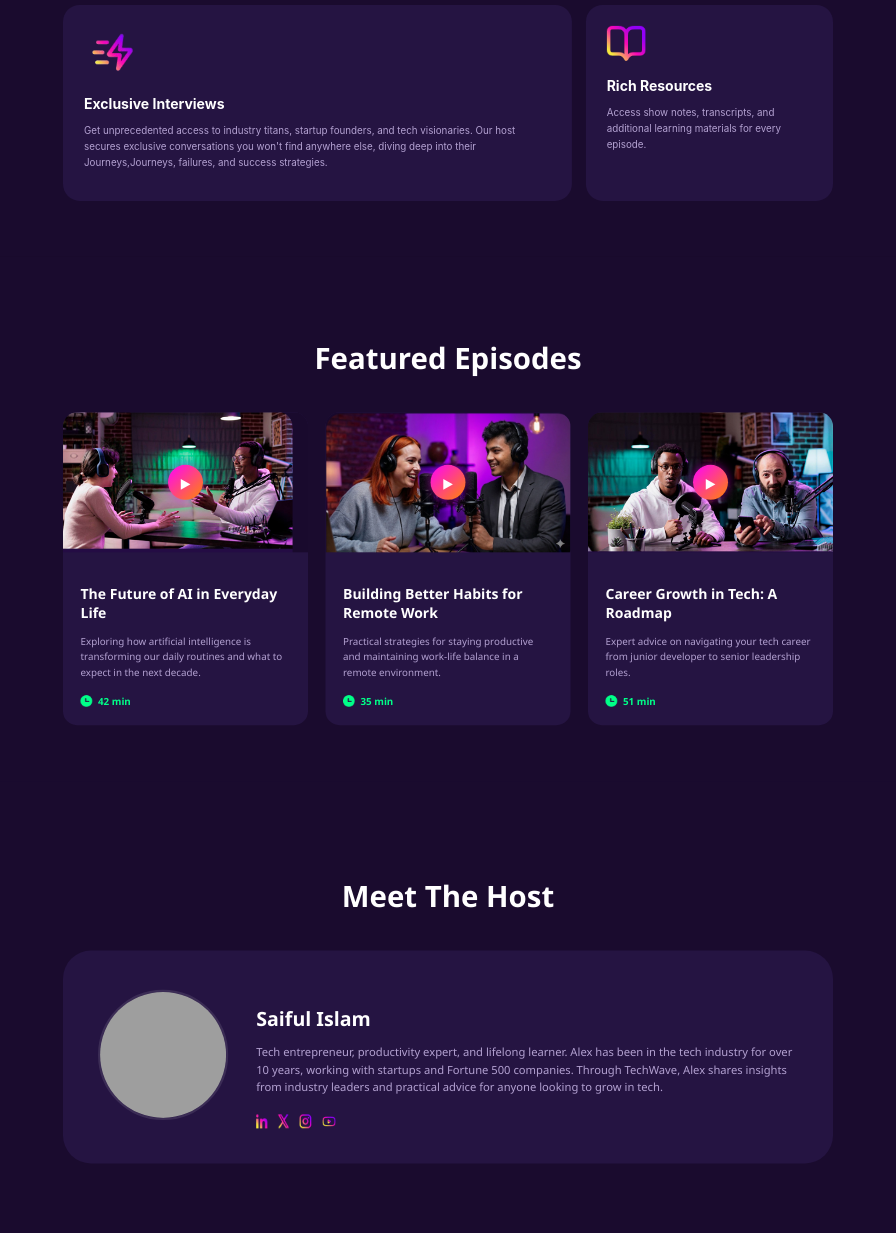
Repository: Saiful21Islam/TechWave
Page: index.html
The author's editor kept a copy of each file at every save. The page is drawn from the files as they stood at one save, then again after the next save.
The browser window is 1280 px wide. The pictures show the part of the page from y = 2390 to 4310 px (the page is 4152 px tall before and 4310 px after), at 70% of full size.
Pictures or frames that could not be fetched are drawn as grey boxes.

Above is the page before, as saved 2026-04-13 11:10:42.

### index.html
<!DOCTYPE html>
<html lang="en">

<head>
  <meta charset="UTF-8">
  <meta name="viewport" content="width=device-width, initial-scale=1.0">
  <title>TechWave</title>
  <link rel="shortcut icon" href="./assets/icon.png" type="image/x-icon">
  <link rel="stylesheet" href="./style.css">
</head>

<body>
  <nav class="navbar">
    <div class="logo">
      Tech<span>Wave</span>
    </div>

    <ul class="nav-links">
      <li><a href="#">About</a></li>
      <li><a href="#">Episodes</a></li>
      <li><a href="#">Host</a></li>
    </ul>
    <a href="#" class="btn-subscribe">
      Subscribe <span>&rarr;</span>
    </a>
  </nav>

  <section class="hero-section">
    <div class="hero-container">
      <img src="./assets/hero-bg.png" class="bg-wave" alt="Wave">

      <div class="circle-area">
        <img src="./assets/hero-circle.png" class="gradient-circle" alt="Circle">

        <div class="mic-box">
          <img src="./assets/microphone.png" class="mic-img" alt="Mic">
        </div>
        <!-- 🔥 NEW badge এখানে -->
        <span class="badge">NEW</span>
      </div>
    </div>
    </div>
  </section>
  <header>
    <h1 class="main-heading">TechWave</h1>
    <p class="sub-heading"> Your daily dose of tech insights, productivity hacks, and personal growth</p>
    <div class="button-group">
      <a href="#" class="btn btn-primary">
        <img src="./assets/spotify.png" alt="">
        Listen On Spotify
      </a>
      <a href="#" class="btn-btn-secondary">
        <img src="./assets/message.png" alt="">
        Subscribe
      </a>
    </div>
  </header>
<section class="about-podcast">
    <div class="container">
      <h2 class="title">About The Podcast</h2>
      <p class="description">
        TechWave is your go-to podcast for staying ahead in the fast-paced world of technology.
        We break down complex topics into digestible insights, explore productivity strategies that actually work,
        and share stories of personal growth from industry leaders.
      </p>
      <p class="sub-description">
        Join thousands of young professionals and tech enthusiasts who start their day with TechWave.
      </p>

      <hr class="divider">

      <div class="stats-container">
        <div class="stat-item">
          <h3 class="stat-number">150K+</h3>
          <p class="stat-label">MONTHLY LISTENERS</p>
        </div>
        <div class="stat-item">
          <h3 class="stat-number">200+</h3>
          <p class="stat-label">EPISODES PUBLISHED</p>
        </div>
        <div class="stat-item">
          <h3 class="stat-number">4.9<span class="star">★</span></h3>
          <p class="stat-label">AVERAGE RATING</p>
        </div>
        <div class="stat-item">
          <h3 class="stat-number">50+</h3>
          <p class="stat-label">INDUSTRY EXPERTS</p>
        </div>
      </div>
    </div>
  </section>
<section class="why-choose">
    <h2 class="section-title">Why Choose TechWave</h2>

    <div class="grid-container">
      <div class="card card-tall">
        <img src="./assets/headphone.png" alt="Headphone">
        <h3>Premium Audio Quality</h3>
        <p>Experience crystal-clear sound with professional-grade recording equipment and expert audio engineering.
          Every episode is mastered for optimal listening across all devices and platforms.</p>
      </div>

      <div class="card card-wide">
        <img src="./assets/device.png" alt="Device">
        <h3>Mobile Friendly</h3>
        <p>Listen on the go with seamless mobile experience and offline downloads.</p>
      </div>

      <div class="card card-wide">
        <img src="./assets/location.png" alt="Location">
        <h3>Global Community</h3>
        <p>Connect with tech enthusiasts from over 120 countries worldwide.</p>
      </div>

      <div class="card card-medium">
        <img src="./assets/bizli.png" alt="">
        <h3>Exclusive Interviews</h3>
        <p>Get unprecedented access to industry titans, startup founders, and tech visionaries. Our host secures
          exclusive conversations you won't find anywhere else, diving deep into their Journeys,Journeys, failures, and
          success
          strategies.</p>
      </div>

      <div class="card card-small">
        <img src="./assets/resource.png" alt="">
        <h3>Rich Resources</h3>
        <p>Access show notes, transcripts, and additional learning materials for every episode.</p>
      </div>
    </div>
  </section>

  <section class="featured-episodes">
    <h2 class="section-title">Featured Episodes</h2>

    <div class="episodes-grid">
      <div class="episode-card">
        <div class="card-image">
          <img src="./assets/pht1.png" alt="Future of AI">
          <div class="play-button">▶</div>
        </div>
        <div class="card-content">
          <h3>The Future of AI in Everyday Life</h3>
          <p>Exploring how artificial intelligence is transforming our daily routines and what to expect in the next
            decade.</p>
          <div class="duration">
            <img src="./assets/clock.png" alt=""> 42 min
          </div>
        </div>
      </div>

      <div class="episode-card">
        <div class="card-image">
          <img src="./assets/pht3.png" alt="Remote Work">
          <div class="play-button">▶</div>
        </div>
        <div class="card-content">
          <h3>Building Better Habits for Remote Work</h3>
          <p>Practical strategies for staying productive and maintaining work-life balance in a remote environment.</p>
          <div class="duration">
            <img src="./assets/clock.png" alt=""> 35 min
          </div>
        </div>
      </div>

      <div class="episode-card">
        <div class="card-image">
          <img src="./assets/pht2.png" alt="Career Growth">
          <div class="play-button">▶</div>
        </div>
        <div class="card-content">
          <h3>Career Growth in Tech: A Roadmap</h3>
          <p>Expert advice on navigating your tech career from junior developer to senior leadership roles.</p>
          <div class="duration">
            <img src="./assets/clock.png" alt=""> 51 min
          </div>
        </div>
      </div>
    </div>
  </section>

  <section class="meet-host">
    <h2 class="section-title">Meet The Host</h2>

    <div class="host-card">
      <div class="host-image">
        <img src="./assets/Host.png" alt="Saiful Islam">
      </div>

      <div class="host-info">
        <h3>Saiful Islam</h3>
        <p>
          Tech entrepreneur, productivity expert, and lifelong learner. Alex has been in the tech industry for over 10
          years,
          working with startups and Fortune 500 companies. Through TechWave, Alex shares insights from industry leaders
          and
          practical advice for anyone looking to grow in tech.
        </p>

        <div class="social-icons">
          <img src="./assets/linkedin.png" alt="LinkedIn">
          <img src="./assets/x.png" alt="Twitter">
          <img src="./assets/instagram.png" alt="Instagram">
          <img src="./assets/youtube.png" alt="YouTube">
        </div>
      </div>
    </div>
  </section>





</body>

</html>

### style.css
/* General Reset */
  {
  margin: 0;
  padding: 0;
  box-sizing: border-box;
  font-family: 'Inter', sans-serif;
}

body {
  background-color: #1A0B2E;
  /* Deep dark purple background */
}

/* Navbar Container */
.navbar {
  display: flex;
  justify-content: space-between;
  align-items: center;
  padding: 20px 50px;
  background-color: #1A0B2E;
  color: white;
}

/* Logo Styling */
.logo {
  font-size: 28px;
  font-weight: 800;
  letter-spacing: -1px;
}

/* Gradient Text for "Wave" */
.logo span {
  background: linear-gradient(135deg, #a020f0, #ff33cc, #ffc371);
  -webkit-background-clip: text;
  -webkit-text-fill-color: transparent;
}

/* Center Links */
.nav-links {
  display: flex;
  list-style: none;
  gap: 30px;
}

.nav-links a {
  text-decoration: none;
  color: #cccccc;
  font-size: 16px;
  transition: color 0.3s;
}

.nav-links a:hover {
  color: white;
}

/* Subscribe Button */
.btn-subscribe {
  background: linear-gradient(90deg, #ffcc33, #ff33cc, #9933ff);
  color: white;
  padding: 10px 25px;
  border-radius: 50px;
  text-decoration: none;
  font-weight: 600;
  display: flex;
  align-items: center;
  gap: 10px;
  transition: transform 0.2s ease;
}

.btn-subscribe:hover {
  transform: scale(1.05);
}

/* HERO SECTION */

.hero-section {
  background-color: #1A0B2E;
  height: 100vh;
  display: flex;
  justify-content: center;
  align-items: center;
  overflow: hidden;
}

.hero {
  position: relative;
  width: 100%;
  max-width: 1200px;
  height: 500px;
  display: flex;
  justify-content: center;
  align-items: center;
}

.hero-section {
  height: 100vh;
  display: flex;
  justify-content: center;
  align-items: center;
  position: relative;
}

.hero-container {
  position: relative;
  width: 100%;
  display: flex;
  justify-content: center;
  align-items: center;
}

.bg-wave {
  position: absolute;
  width: 100%;
  max-width: 1400px;
  z-index: 1;
}

.circle-area {
  position: relative;
  z-index: 5;
  display: flex;
  justify-content: center;
  align-items: center;
}

.gradient-circle {
  width: 320px;
  height: auto;
  filter: drop-shadow(0 0 30px rgba(153, 51, 255, 0.3));
}

.mic-box {
  position: absolute;
  justify-content: center;
  align-items: center;
}

.circle-area {
  position: relative;
  z-index: 5;
  display: flex;
  justify-content: center;
  align-items: center;
}

.badge {
  position: absolute;
  top: -10px;
  right: -10px;
  background: #00ff88;
  color: #000;
  padding: 5px 12px;
  font-size: 12px;
  border-radius: 20px;
  font-weight: bold;
  box-shadow: 0 0 10px #00ff88;
}

.badge {
  top: 10px;
  right: 50px;
}

:root {
  --spotify-grad: linear-gradient(90deg, #f9d423 0%, #ff4e50 50%, #bc13fe 100%);
  --green-accent: #00c853;
}

body {
  margin: 0;
  font-family: 'Inter', sans-serif;
}

.main-heading {
  font-size: 48px;
  color: white;
  text-align: center;
  margin-bottom: 20px;
}

.sub-heading {
  font-size: 20px;
  color: #cccccc;
  text-align: center;
  margin-bottom: 40px;
}

.button-group {
  display: flex;
  justify-content: center;
  gap: 20px;
}

.btn-primary {
  background: var(--spotify-grad);
  color: white;
  padding: 12px 30px;
  border-radius: 50px;
  text-decoration: none;
  font-weight: 600;
  display: flex;
  align-items: center;
  gap: 10px;
  transition: transform 0.2s ease;
}

.btn-primary:hover {
  transform: scale(1.05);
}

.btn-btn-secondary {
  display: inline-flex;
  align-items: center;
  background-color: transparent;
  color: #00fa9a;
  border: 1.5px solid #00fa9a;
  padding: 8px 25px;
  border-radius: 100px;
  font-family: 'Segoe UI', Roboto, sans-serif;
  font-weight: 500;
  font-size: 16px;
  cursor: pointer;
  transition: 0.3s;
  text-decoration: none;
  gap: 12px;
}

/* Background and General Setup */
.about-podcast {
  background-color: #120a2e;
  color: #ffffff;
  padding: 80px 20px;
  font-family: 'Arial', sans-serif;
  text-align: center;
}

.container {
  max-width: 1000px;
  margin: 0 auto;
}

/* Typography */
.title {
  font-size: 48px;
  font-weight: bold;
  margin-bottom: 30px;
}

.description,
.sub-description {
  font-size: 18px;
  color: #cccccc;
  line-height: 1.6;
  max-width: 800px;
  margin: 0 auto 20px auto;
}

.sub-description {
  margin-top: 40px;
}

/* Horizontal Line */
.divider {
  border: 0;
  border-top: 1px solid rgba(255, 255, 255, 0.1);
  margin: 50px 0;
}

/* Stats Section */
.stats-container {
  display: flex;
  justify-content: space-around;
  flex-wrap: wrap;
  gap: 30px;
}

.stat-item {
  flex: 1;
  min-width: 200px;
}

.stat-number {
  font-size: 56px;
  color: #00ff88;
  margin: 0;
  font-weight: bold;
  display: flex;
  align-items: center;
  justify-content: center;
}

.star {
  font-size: 40px;
  margin-left: 5px;
}

.stat-label {
  font-size: 14px;
  color: #ffffff;
  letter-spacing: 1px;
  margin-top: 15px;
  text-transform: uppercase;
  font-weight: 500;
}

/* Section Base */
.why-choose {
  background-color: #1a0b2e;
  padding: 80px 40px;
  color: white;
  font-family: 'Inter', sans-serif;
  text-align: center;
}

.section-title {
  font-size: 36px;
  margin-bottom: 50px;
}

/* Grid Layout */
.grid-container {
  display: grid;
  grid-template-columns: repeat(3, 1fr);
  grid-auto-rows: minmax(180px, auto);
  gap: 20px;
  max-width: 1100px;
  margin: 0 auto;
  text-align: left;
}

/* Card General Style */
.card {
  background-color: #251442;
  padding: 30px;
  border-radius: 24px;
  transition: transform 0.3s ease;
}

.card:hover {
  transform: translateY(-5px);
}

.icon {
  font-size: 30px;
  margin-bottom: 20px;
}

.card h3 {
  font-size: 20px;
  margin-bottom: 15px;
}

.card p {
  font-size: 14px;
  color: #b3a1d1;
  line-height: 1.6;
}

/* Specific Grid Positions */
.card-tall {
  grid-row: span 2;
  padding: 120px 20px;
  text-align: left;
}

.card-medium {
  grid-column: span 2;
}

.card-wide {
  grid-column: span 2;
  padding: 30px;

}

/* Section Container */
.featured-episodes {
  background-color: #1a0b2e;
  padding: 80px 20px;
  color: white;
  font-family: 'Segoe UI', Tahoma, Geneva, Verdana, sans-serif;
  text-align: center;
}

.section-title {
  font-size: 40px;
  margin-bottom: 50px;
  font-weight: bold;
}

/* Grid Layout */
.episodes-grid {
  display: flex;
  justify-content: center;
  gap: 25px;
  flex-wrap: wrap;
  max-width: 1200px;
  margin: 0 auto;
}

/* Card Styling */
.episode-card {
  background-color: #251442;
  width: 350px;
  border-radius: 20px;
  overflow: hidden;
  text-align: left;
  transition: transform 0.3s ease;
}

.episode-card:hover {
  transform: translateY(-10px);
}

/* Image with Play Button Overlay */
.card-image {
  position: relative;
  height: 200px;
}

.card-image img {
  width: 100%;
  height: 100%;
  object-fit: cover;
}

.play-button {
  position: absolute;
  top: 50%;
  left: 50%;
  transform: translate(-50%, -50%);
  width: 50px;
  height: 50px;
  background: linear-gradient(135deg, #ff00ff, #ff8800);
  /* Pinkish-Orange Gradient */
  border-radius: 50%;
  display: flex;
  align-items: center;
  justify-content: center;
  color: white;
  font-size: 20px;
  cursor: pointer;
  box-shadow: 0 0 15px rgba(255, 0, 255, 0.5);
}

/* Text Content */
.card-content {
  padding: 25px;
}

.card-content h3 {
  font-size: 20px;
  margin-bottom: 15px;
  line-height: 1.4;
}

.card-content p {
  font-size: 14px;
  color: #b3a1d1;
  line-height: 1.6;
  margin-bottom: 20px;
}

/* Duration Style */
.duration {
  color: #00ff88;
  font-weight: bold;
  font-size: 14px;
  display: flex;
  align-items: center;
  gap: 8px;
}

/* Section Container */
.meet-host {
  background-color: #1a0b2e;
  padding: 100px 20px;
  color: white;
  font-family: 'Segoe UI', sans-serif;
  text-align: center;
}

.section-title {
  font-size: 42px;
  margin-bottom: 50px;
  font-weight: bold;
}

/* Card Styling */
.host-card {
  background-color: #251442;
  max-width: 1000px;
  margin: 0 auto;
  padding: 50px;
  border-radius: 40px;
  display: flex;
  align-items: center;
  gap: 40px;
  text-align: left;
}

/* Profile Image */
.host-image img {
  width: 180px;
  height: 180px;
  border-radius: 50%;
  object-fit: cover;
  border: 3px solid rgba(255, 255, 255, 0.1);
}

/* Info Section */
.host-info h3 {
  font-size: 28px;
  margin-bottom: 15px;
}

.host-info p {
  font-size: 16px;
  color: #b3a1d1;
  line-height: 1.6;
  margin-bottom: 25px;
}

/* Social Icons Styling */
.social-icons {
  display: flex;
  gap: 15px;
}

.icon {
  width: 35px;
  height: 35px;
  border: 1px solid #7a4bbd;
  border-radius: 50%;
  display: flex;
  align-items: center;
  justify-content: center;
  color: white;
  text-decoration: none;
  font-size: 14px;
  transition: 0.3s;
}

.icon:hover {
  background: linear-gradient(45deg, #ff00ff, #7a4bbd);
  border-color: transparent;
}

After the next save:
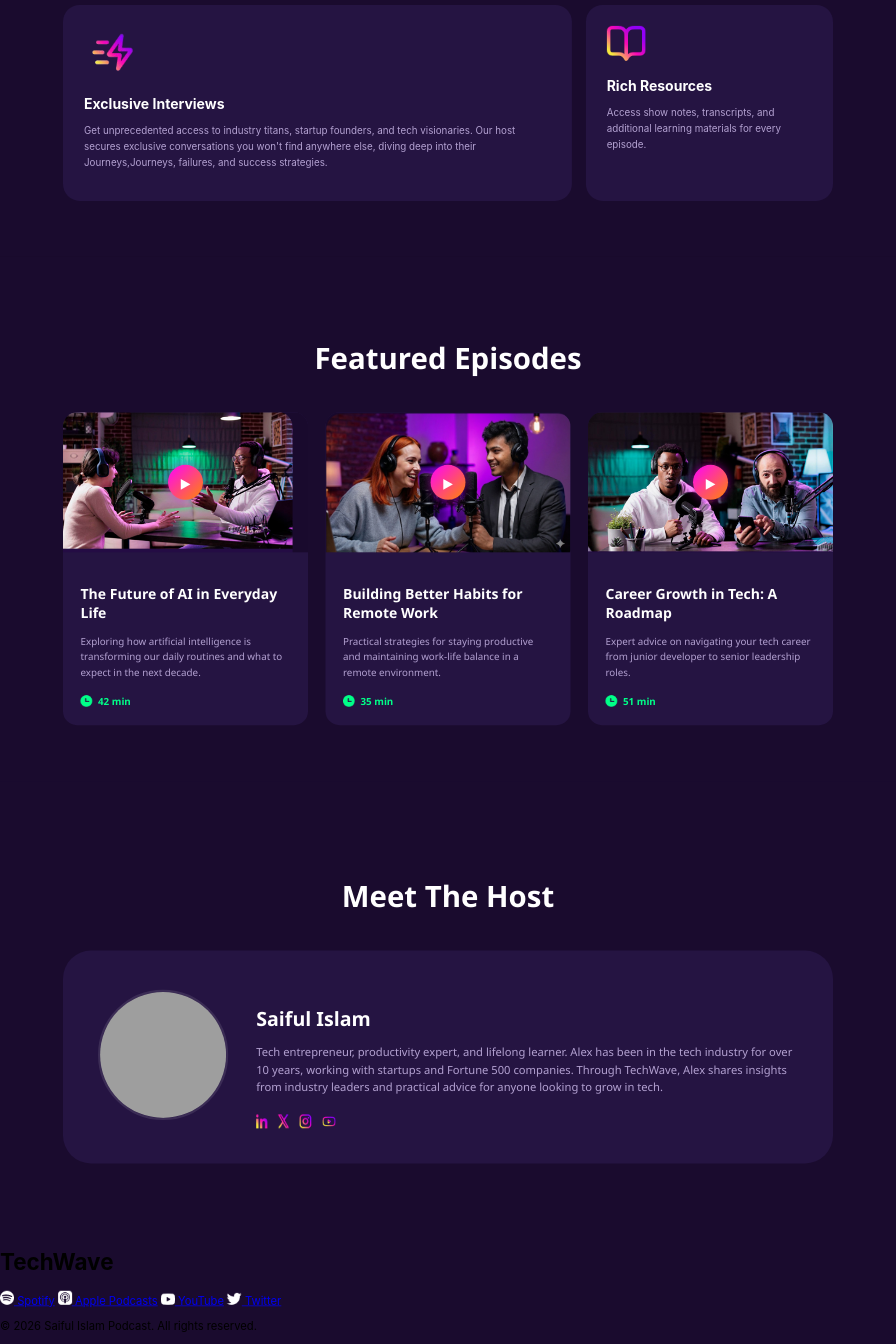
Saved 10 s later.
--- a/index.html
+++ b/index.html
@@ -205,7 +205,20 @@
       </div>
     </div>
   </section>
-
+<footer class="footer-section">
+    <div class="footer-content">
+      <h1 class="footer-logo">Tech<span>Wave</span></h1>
+
+      <div class="platform-links">
+        <a href="#"><img src="./assets/spotify.png" alt="Spotify"> Spotify</a>
+        <a href="#"><img src="./assets/apple-podcast.png" alt="Apple Podcasts"> Apple Podcasts</a>
+        <a href="#"><img src="./assets/youtube-podcast.png" alt="YouTube"> YouTube</a>
+        <a href="#"><img src="./assets/twitter.png" alt="Twitter"> Twitter</a>
+      </div>
+
+      <p class="copyright">© 2026 Saiful Islam Podcast. All rights reserved.</p>
+    </div>
+  </footer>
 
 
 
